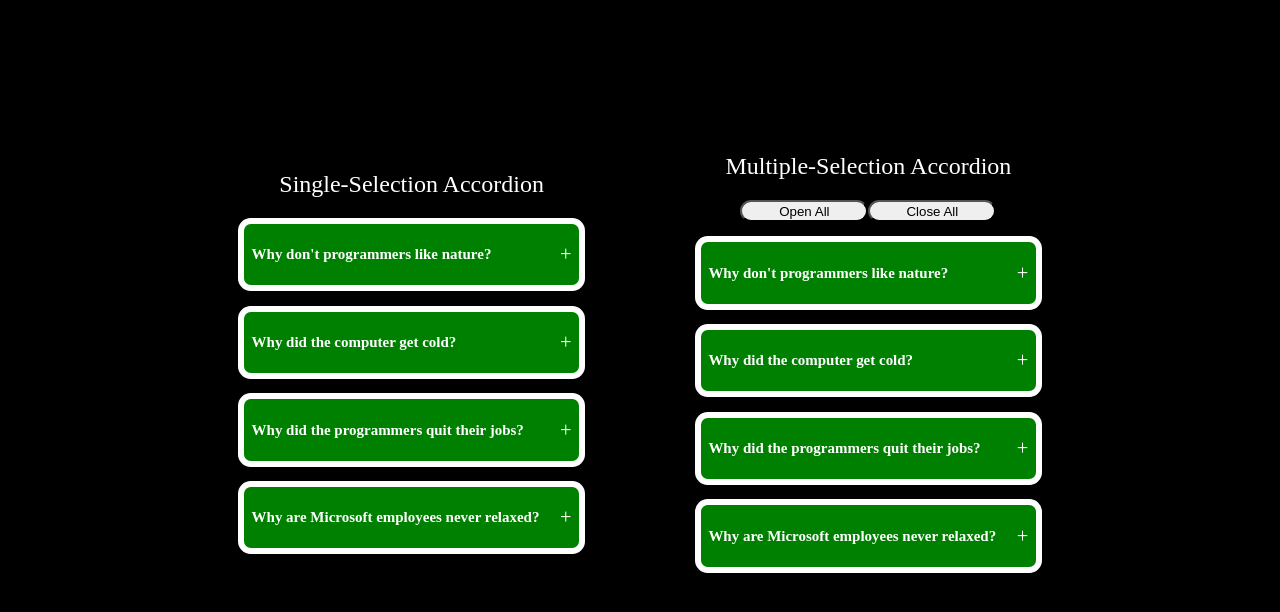
Repository: kosenijr/react-projects
Page: / (app in accordion/)
The author's editor kept a copy of each file at every save. The page is drawn from the files as they stood at one save, then again after the next save.
The browser window is 1280 px wide. The pictures show the whole page.
The project was rebuilt for these pictures with package versions that can differ from the ones it lists, and the page was loaded fresh each time.

Above is the page before, as saved 2024-03-03 13:15:52.

After the next save:
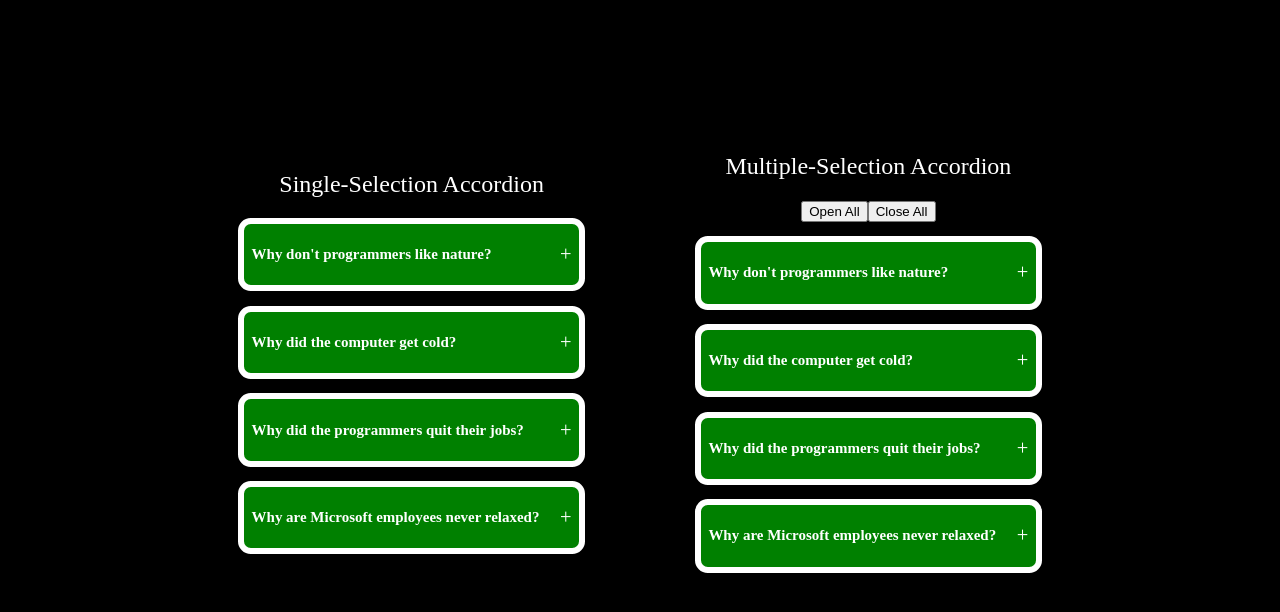
Saved 2 min 47 s later.
--- a/accordion/src/styles/MultiSelection.css
+++ b/accordion/src/styles/MultiSelection.css
@@ -9,7 +9,11 @@
   font-weight: 500;
 }
 
-.open-all, .close-all {
+.multi-buttons-div {
+
+}
+
+.multi-open-button, .multi-close-button {
     height:3vh;
     width: 10vw;
     border-radius: 1em;

After the save that followed:
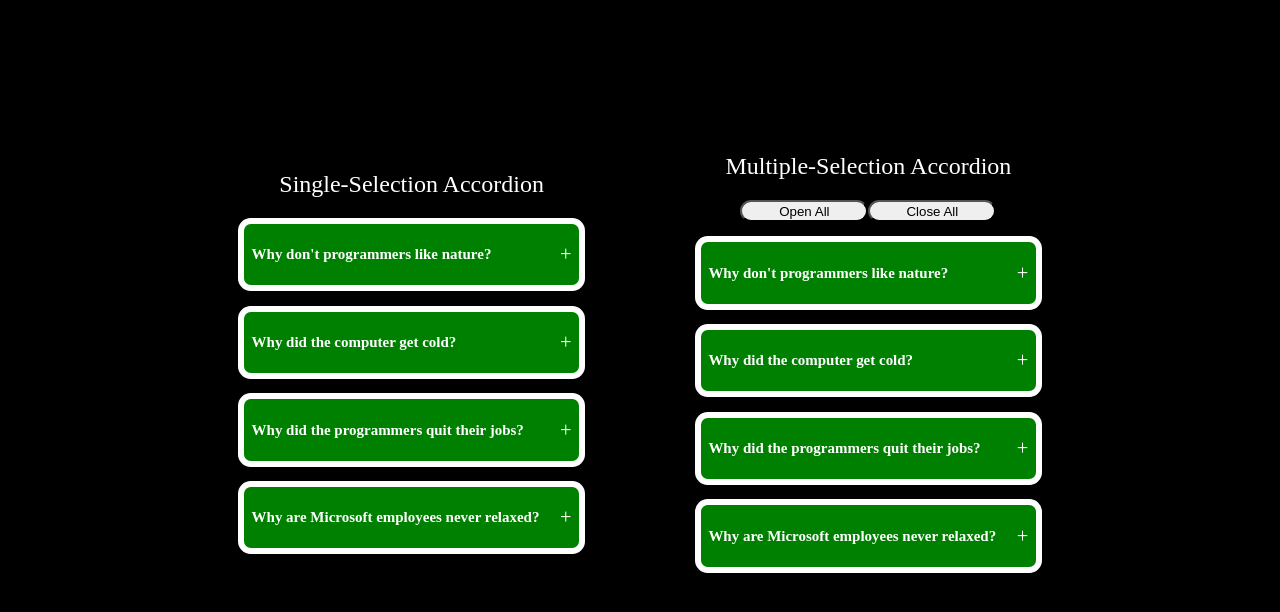
Saved 5 s later.
--- a/accordion/src/components/MultiSelection.js
+++ b/accordion/src/components/MultiSelection.js
@@ -16,19 +16,31 @@ function MultiSelection() {
     <div className="multi-selection-wrapper">
       {/* Multi-Selection Accordion */}
       <div className="multi-selection-accordion">
-        <h2 className="multi-selection-description">Multiple-Selection Accordion</h2>
-        <button className="open-all">Open All</button>
-        <button className="close-all">Close All</button>
+        <h2 className="multi-selection-description">
+          Multiple-Selection Accordion
+        </h2>
+        <div className="multi-buttons-div">
+          <button className="multi-open-button">Open All</button>
+          <button className="multi-close-button">Close All</button>
+        </div>
         {data && data.length > 0 ? (
           data.map((dataItem) => (
-            <div className="multi-selection-item" key={dataItem.id} onClick={() => handleMultiSelection(dataItem.id)}>
+            <div
+              className="multi-selection-item"
+              key={dataItem.id}
+              onClick={() => handleMultiSelection(dataItem.id)}
+            >
               {/* always remember to add key */}
               <div className="multi-selection-title">
                 <h3>{dataItem.question}</h3>
-                <span className="multi-selection-span">{selected === dataItem.id ? "-" : "+"}</span>
+                <span className="multi-selection-span">
+                  {selected === dataItem.id ? "-" : "+"}
+                </span>
               </div>
               {selected === dataItem.id ? (
-                <div className="multi-selection-content ">{dataItem.answer}</div>
+                <div className="multi-selection-content ">
+                  {dataItem.answer}
+                </div>
               ) : null}
             </div>
           ))
